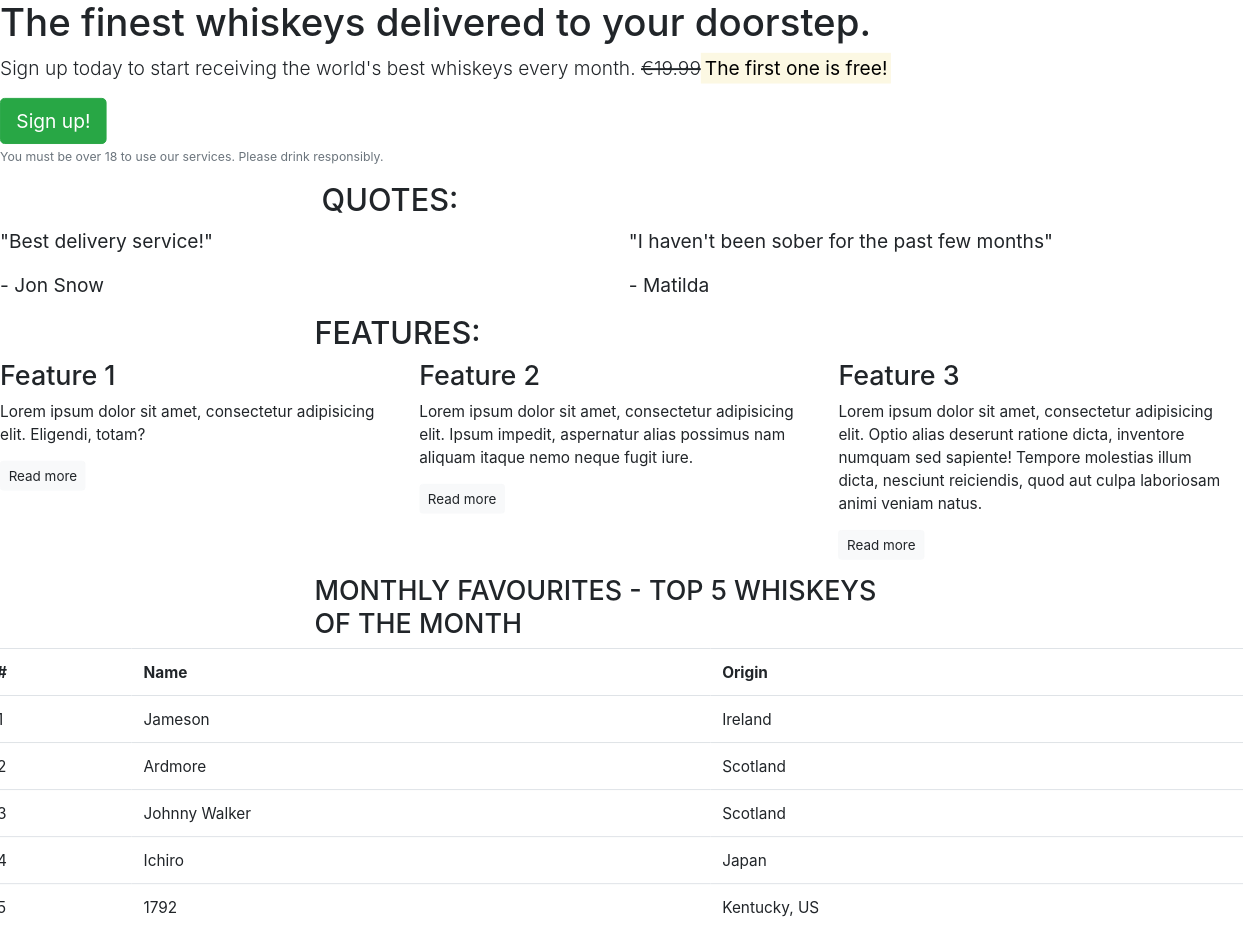
Repository: mkuti/Whiskey_website_using_Bootstrap
Page: index.html
The author's editor kept a record of every edit. The page is drawn from the files as they stood at one moment, then again after the next edit.
The browser window is 1280 px wide. The page is 1295 px wide, so the pictures cover 1295 px, including what lies to the right of the window. The pictures show the whole page, at 96% of full size.

Above is the page before.

### index.html
<!DOCTYPE html>
<html lang="en">

<head>
    <meta charset="UTF-8">
    <meta name="viewport" content="width=device-width, initial-scale=1.0">
    <meta http-equiv="X-UA-Compatible" content="ie=edge">
    <link rel="stylesheet" href="https://maxcdn.bootstrapcdn.com/bootstrap/4.1.3/css/bootstrap.min.css">
    <title>Whiskey Drop | Taste a new whiskey every month!</title>
</head>

<body>

    <article="container">

        <!-- call out section -->
        <div class="row">
            <div class="col-12">
                <section class="callout">
                    <h1>The finest whiskeys delivered to your doorstep.</h1>
                    <p class="lead">Sign up today to start receiving the world's best whiskeys every month. <s>€19.99</s><strong><mark>The first one is free!</mark></strong></p>
                    <button class="btn btn-success btn-lg">Sign up!</button>
                    <p class="text-muted"><small>You must be over 18 to use our services. Please drink responsibly.</small></p>
                </section>
            </div>
        </div>

        <!-- Quotes -->
        <section class="quotes">
            <div class="col-6 offset-3">
                <h2 class="text-uppercase">Quotes:</h2>
            </div>
            <div class="row">
                <div class="col-12 col-md-6">
                    <blockquote class="blockquote">
                        <p>"Best delivery service!"</p>
                        <p>- Jon Snow</p>
                    </blockquote>
                </div>
                <div class="col-12 col-md-6">
                    <blockquote class="blockquote">
                        <p>"I haven't been sober for the past few months"</p>
                        <p>- Matilda</p>
                    </blockquote>
                </div>
            </div>
        </section>

        <!-- Features -->

        <section class="features">
            <div class="row">
                <div class="col-6 offset-3">
                    <h2 class="text-uppercase">Features:</h2>
                </div>
            </div>
            <div class="row">
                <div class="col-12 col-md-6 col-lg-4">
                    <div class="feature">
                        <h3>Feature 1</h3>
                        <p>Lorem ipsum dolor sit amet, consectetur adipisicing elit. Eligendi, totam?</p>
                        <p><a class="btn btn-sm btn-light" href="">Read more</a></p>
                    </div>
                </div>

                <div class="col-12 col-md-6 col-lg-4">
                    <div class=feature>
                        <h3>Feature 2</h3>
                        <p>Lorem ipsum dolor sit amet, consectetur adipisicing elit. Ipsum impedit, aspernatur alias possimus nam aliquam itaque nemo neque fugit iure.</p>
                        <p><a class="btn btn-sm btn-light" href="">Read more</a></p>
                    </div>
                </div>

                <div class="col-12 d-md-none d-lg-block col-lg-4">
                    <div class="feature">
                        <h3>Feature 3</h3>
                        <p>Lorem ipsum dolor sit amet, consectetur adipisicing elit. Optio alias deserunt ratione dicta, inventore numquam sed sapiente! Tempore molestias illum dicta, nesciunt reiciendis, quod aut culpa laboriosam animi veniam natus.</p>
                        <p><a class="btn btn-sm btn-light" href="">Read more</a></p>
                    </div>
                </div>
            </div>
        </section>

        </div>

        <!-- Favorites -->

        <section class="favorites">
            <div class="row">
                <div class="col-6 offset-3">
                    <h3 class="text-uppercase">Monthly Favourites - Top 5 whiskeys of the month</h3>
                </div>
            </div>
            <div class="row">
                <table class="table">
                    <tr>
                        <th scope="col">#</th>
                        <th scope="col">Name</th>
                        <th scope="col">Origin</th>
                    </tr>

                    <tr>
                        <td scope="row">1</td>
                        <td scope="row">Jameson</td>
                        <td scope- "row">Ireland</td>
                    </tr>

                    <tr>
                        <td scope="row">2</td>
                        <td scope="row">Ardmore</td>
                        <td scope="row">Scotland</td>
                    </tr>

                    <tr>
                        <td scope="row">3</td>
                        <td scope="row">Johnny Walker</td>
                        <td scope="row">Scotland</td>
                    </tr>

                    <tr>
                        <td scope="row">4</td>
                        <td scope="row">Ichiro</td>
                        <td scope="row">Japan</td>
                    </tr>

                    <tr>
                        <td scope="row">5</td>
                        <td scope="row">1792</td>
                        <td scope="row">Kentucky, US</td>
                    </tr>

                </table>
            </div>
        </section>
        </div>
        </div>
        </article>

</body>

</html>

After the next edit:
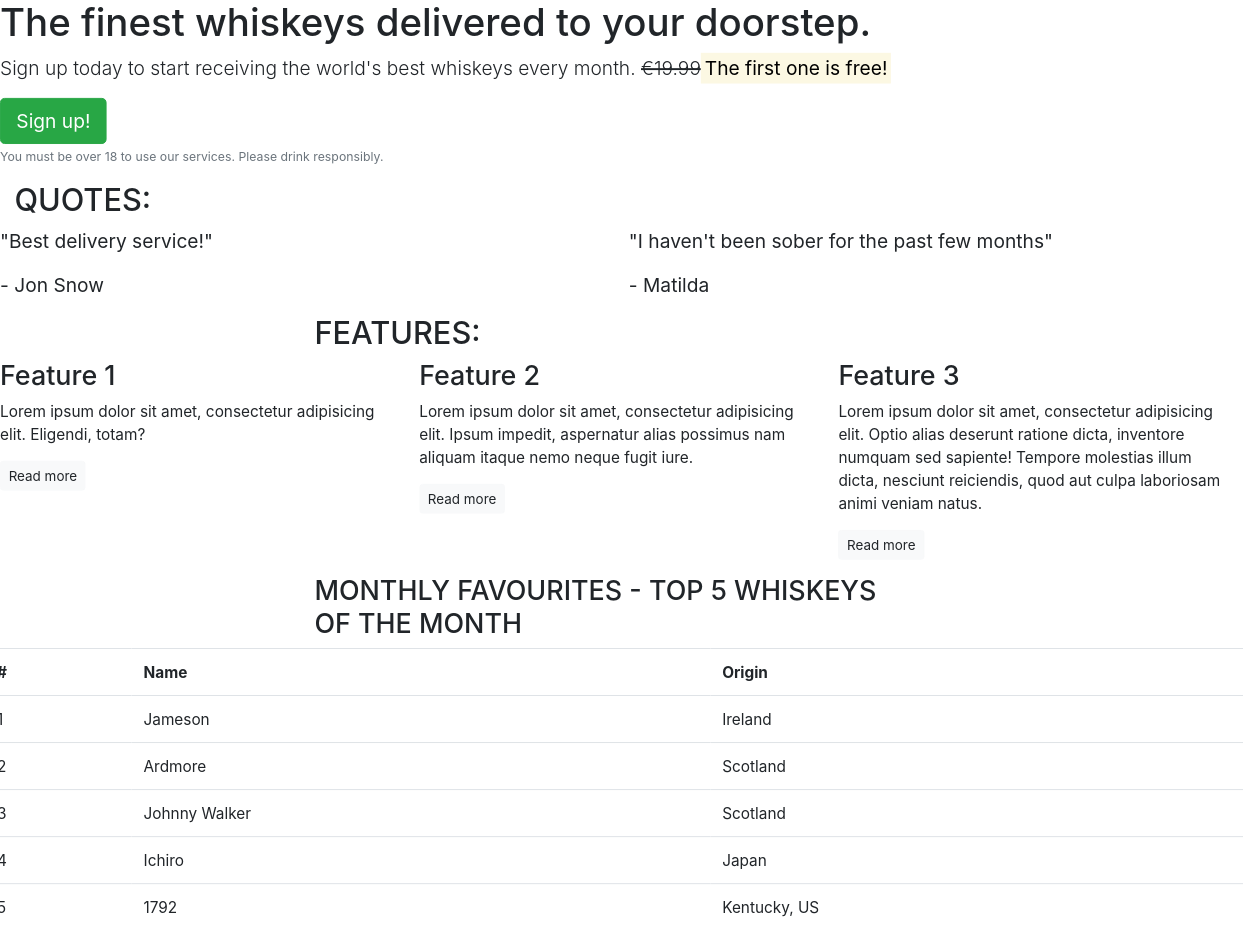
The edit:
--- a/index.html
+++ b/index.html
@@ -27,7 +27,7 @@
 
         <!-- Quotes -->
         <section class="quotes">
-            <div class="col-6 offset-3">
+            <div class="col-12">
                 <h2 class="text-uppercase">Quotes:</h2>
             </div>
             <div class="row">
